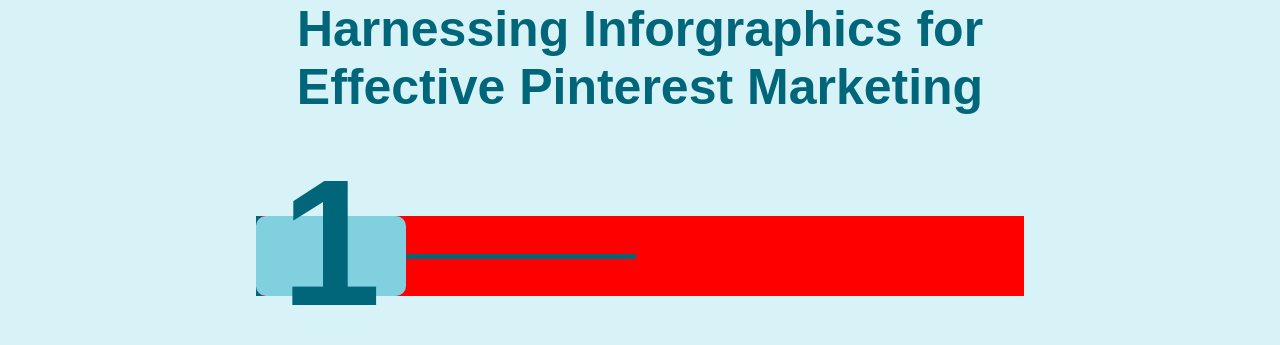
Repository: ayushrajput545/InforGraphic-page
Page: index.html
An editor plug-in stored every save of this project. The page is shown before and after a run of saves, followed by the edit.
The browser window is 1280 px wide. The pictures show the whole page.
Some web fonts or font styles are not loaded; a fallback is used.

Above is the page before, as saved 2025-04-01 22:32:05.

### index.html
<!DOCTYPE html>
<html lang="en">
<head>
    <meta charset="UTF-8">
    <meta name="viewport" content="width=device-width, initial-scale=1.0">
    <link rel="stylesheet" href="style.css">
    <link rel="preconnect" href="https://fonts.googleapis.com">
    <link rel="preconnect" href="https://fonts.gstatic.com" crossorigin>
    <link href="https://fonts.googleapis.com/css2?family=Protest+Riot&display=swap" rel="stylesheet">
</head>
<body>

    <h1 class="header">Harnessing Inforgraphics for Effective Pinterest Marketing</h1>



    <div class="container">

        <div class="left-content">
            <div class="content-steps">
                <div class="overlap">
                    <h1 class="steps">1</h1>
                </div>

                <div class="line-horizontal"></div>

                <div class="line-vertical">
                    <div class="circle"></div>
                </div>


            </div>



        </div>






    </div>

</body>
</html>

### style.css
*{
    margin: 0;
    padding: 0;
    box-sizing: border-box;
}

body{
    background-color: #d8f3f7;;
}

.header{
    font-family: "Protest Riot", sans-serif;
    text-align: center;
    max-width: 60%;
    margin: auto;
    font-size: 50px;
    font-weight: bold;
    color: #02667a;
}

.container{
    position: relative;
    width: 60%;
    margin: auto;
    background-color: red;
    margin-top: 100px;
}

.content-steps{
    display: flex;
    align-items: center;
}

.overlap{
    background-color: #81d0e0;
    width: 150px;
    height: 80px;
    position: relative;
    z-index: 1;
    display: flex;
    justify-content: center;
    border-radius: 10px;
}

.steps{
    font-family: "Protest Riot", sans-serif;
    font-size: 180px;
    font-weight: bold;
    color: #02667a;
    position: absolute;
    z-index: 2;
    bottom: -50px;
}

.line-horizontal{
    background-color: #02667a;
    width: 30%;
    height: 5px;
}

.circle{

    width: 50px; /* Set the same width & height */
    height: 50px;
    background-color: #81d0e0;
    border-radius: 50%; /* Makes it a circle */
    display: flex;
    justify-content: center;
    align-items: center;
    color: white; /* Text color */
    font-size: 18px;
    font-weight: bold;
}

/* .left-content{
    position: relative;
    width: 100%;

} */

.line-vertical{
    position: absolute;
    width: 5px;
    height: 100%;
    background-color: #02667a;
}

After the next 4 saves:
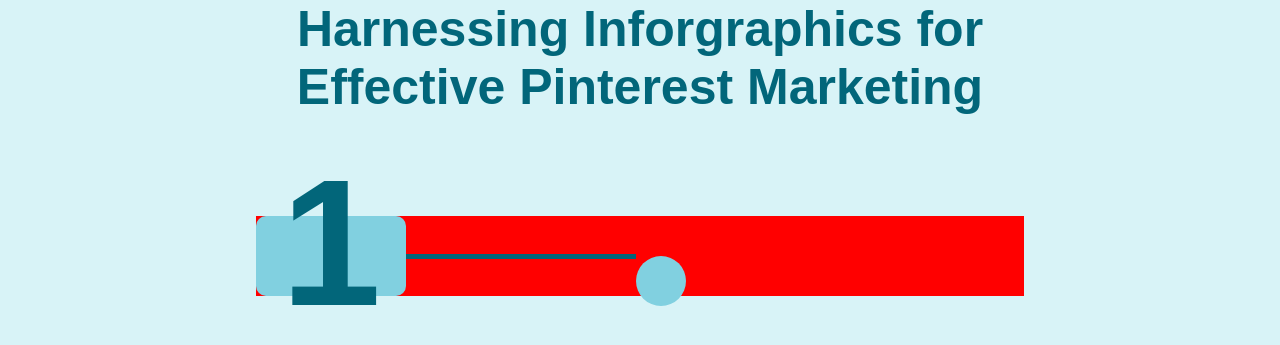
The 4 saves are shown as one change because they came seconds apart.
The last was saved 12 s later.
--- a/style.css
+++ b/style.css
@@ -70,6 +70,7 @@
     color: white; /* Text color */
     font-size: 18px;
     font-weight: bold;
+    position: absolute;
 }
 
 /* .left-content{
@@ -79,7 +80,7 @@
 } */
 
 .line-vertical{
-    position: absolute;
+    position: relative;
     width: 5px;
     height: 100%;
     background-color: #02667a;
